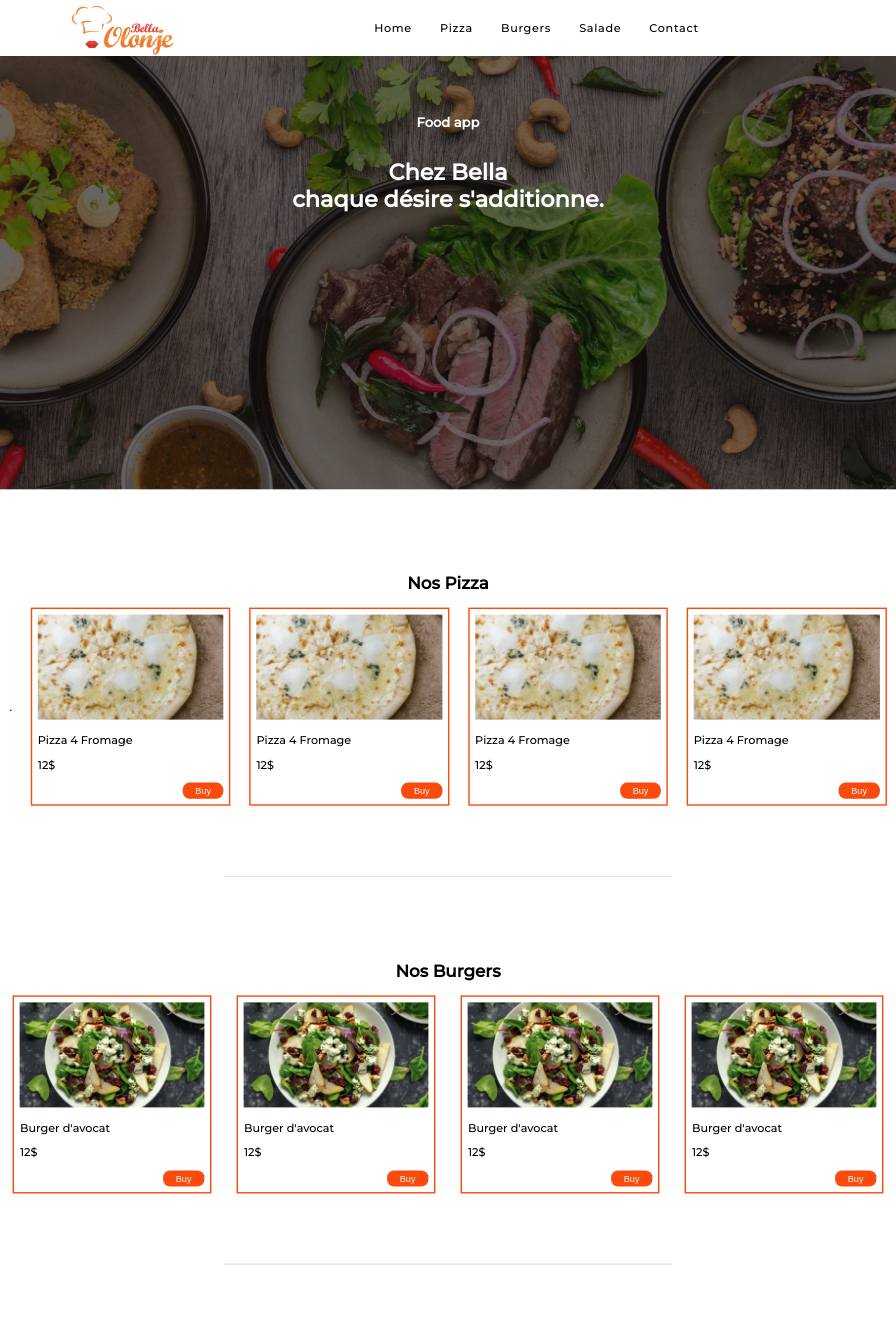
Repository: Ahlam-belhadj/bella-olange
Page: index.html
The author's editor kept a copy of each file at every save. The page is drawn from the files as they stood at one save, then again after the next save.
The browser window is 1280 px wide. The pictures show the part of the page from y = 0 to 1920 px (the page is 3238 px tall), at 70% of full size.

Above is the page before, as saved 2023-02-14 12:53:37.

### index.html
<!DOCTYPE html>
<html lang="en">

<head>
    <meta charset="UTF-8">
    <meta http-equiv="X-UA-Compatible" content="IE=edge">
    <meta name="viewport" content="width=device-width, initial-scale=1.0">
    <link rel="stylesheet" href="style.css">
    <title>Bella olanje</title>
</head>

<body>
    <header>
        <nav>
            <div class="logo"><img  class="logo" src="image/logo_bella_olonje.png" alt="logo"></div>
             <ul>
                <li><a href="#" class="nav-link">Home</a></li>
                <li><a href="#" class="nav-link">Pizza</a></li>
                <li><a href="#" class="nav-link">Burgers</a></li>
                <li><a href="#" class="nav-link">Salade</a></li>
                <li><a href="#" class="nav-link">Contact</a></li>

            </ul>
            <div class="icon_navbar">
                <label for="click" class="menu-btn">
                  <i class="fas fa-bars"></i>
                </label>
            </div>
          </nav>

        <div class="title">
            <div class="texte">
                <h3>Food app</h3>
                <h1>Chez Bella <br>
                    chaque désire s'additionne.</h1>
            </div>
        </div>
    </header>
    <main>
        <h2 id="pizza" >Nos Pizza</h2>
        <div class="container-card">
            .
            <div class="border">
                <div class="card-img">
                    <img class="pimg" src="image/fromage.png" alt="">
                </div>
                <div class="card-text">
                    <p>
                        Pizza 4 Fromage
                    </p>
                </div>
                <div class="prix">
                    <p>
                        12$
                    </p>
                </div>
                <div class="button1">
                    <a href="index2.html"><button class="button" type="button">Buy</button></a>
                </div>
            </div>
            <div class="border">
                <div class="card-img">
                    <img  class="pimg" src="image/fromage.png" alt="">
                </div>
                <div class="card-text">
                    <p>
                        Pizza 4 Fromage
                    </p>
                </div>
                <div class="prix">
                    <p>
                        12$
                    </p>
                </div>
                <div class="button1">
                    <a href="index2.html"><button class="button" type="button">Buy</button></a>
                </div>
            </div>
            <div class="border">
                <div class="card-img">
                    <img class="pimg" src="image/fromage.png" alt="">
                </div>
                <div class="card-text">
                    <p>
                        Pizza 4 Fromage
                    </p>
                </div>
                <div class="prix">
                    <p>
                        12$
                    </p>
                </div>
                <div class="button1">
                    <a href="index2.html"><button class="button" type="button">Buy</button></a>
                </div>
            </div>
            <div class="border">
                <div class="card-img">
                    <img class="pimg"src="image/fromage.png" alt="">
                </div>
                <div class="card-text">
                    <p>
                        Pizza 4 Fromage
                    </p>
                </div>
                <div class="prix">
                    <p>
                        12$
                    </p>
                </div>
                <div class="button1">
                    <a href="index2.html"><button class="button" type="button">Buy</button></a>
                </div>
            </div>
        </div>
        <hr id="burgers">
        <h2>Nos Burgers</h2>
        <div class="container-card">
            <div class="border">
                <div class="card-img">
                    <img class="pimg" src="image/salade.png" alt="">
                </div>
                <div class="card-text">
                    <p>
                        Burger d'avocat
                    </p>
                </div>
                <div class="prix">
                    <p>
                        12$
                    </p>
                </div>
                <div class="button1">
                    <a href="index2.html"><button class="button" type="button">Buy</button></a>
                </div>
            </div>
            <div class="border">
                <div class="card-img">
                    <img class="pimg"  src="image/salade.png" alt="">
                </div>
                <div class="card-text">
                    <p>
                        Burger d'avocat
                    </p>
                </div>
                <div class="prix">
                    <p>
                        12$
                    </p>
                </div>
                <div class="button1">
                    <a href="index2.html"><button class="button" type="button">Buy</button></a>
                </div>
            </div>
            <div class="border">
                <div class="card-img">
                    <img class="pimg" src="image/salade.png" alt="">
                </div>
                <div class="card-text">
                    <p>
                        Burger d'avocat
                    </p>
                </div>
                <div class="prix">
                    <p>
                        12$
                    </p>
                </div>
                <div class="button1">
                    <a href="index2.html"><button class="button" type="button">Buy</button></a>
                </div>
            </div>
            <div class="border">
                <div class="card-img">
                    <img class="pimg" src="image/salade.png" alt="">
                </div>
                <div class="card-text">
                    <p>
                        Burger d'avocat
                    </p>
                </div>
                <div class="prix">
                    <p>
                        12$
                    </p>
                </div>
                <div class="button1">
                    <a href="index2.html"><button class="button" type="button">Buy</button></a>
                </div>
            </div>
        </div>
        <hr id="salade">
        <h2>Nos Salade</h2>
        <div class="container-card">
            <div class="border">
                <div class="card-img">
                    <img class="pimg" src="image/burger.png" alt="">
                </div>
                <div class="card-text">
                    <p>
                        Burger d'avocat
                    </p>
                </div>
                <div class="prix">
                    <p>
                        12$
                    </p>
                </div>
                <div class="button1">
                    <a href="index2.html"><button class="button" type="button">Buy</button></a>
                </div>
            </div>
            <div class="border">
                <div class="card-img">
                    <img class="pimg" src="image/burger.png" alt="">
                </div>
                <div class="card-text">
                    <p>
                        Burger d'avocat
                    </p>
                </div>
                <div class="prix">
                    <p>
                        12$
                    </p>
                </div>
                <div class="button1">
                    <a href="index2.html"><button class="button" type="button">Buy</button></a>
                </div>
            </div>
            <div class="border">
                <div class="card-img">
                    <img class="pimg" src="image/burger.png" alt="">
                </div>
                <div class="card-text">
                    <p>
                        Burger d'avocat
                    </p>
                </div>
                <div class="prix">
                    <p>
                        12$
                    </p>
                </div>
                <div class="button1">
                    <a href="index2.html"><button class="button" type="button">Buy</button></a>
                </div>
            </div>
            <div class="border">
                <div class="card-img">
                    <img class="pimg" src="image/burger.png" alt="">
                </div>
                <div class="card-text">
                    <p>
                        Burger d'avocat
                    </p>
                </div>
                <div class="prix">
                    <p>
                        12$
                    </p>
                </div>
                <div class="button1">
                    <a href="index2.html"><button class="button" type="button">Buy</button></a>
                </div>
            </div>
        </div>


        <strong>
            Problem solved
        </strong>


        <p class="texte3">After so many iterations and research covered, through my designs i was able to help <br> customers get
            acquainted
            with the app and order as fast as they can while enjoying the <br>
            process as they doing it.</p>



        <div class="title1">
            <div class="texte">
                <h2>Bonne appétit</h2>
            </div>
        </div>

        <footer class="footer">
            <img class="footer_logo" src="image/logo_bella_olonje.png" alt="logo">
            <div class="social">
                <img src="image/ant-design_twitter-outlined.png" alt="panier">
                <img src="image/ant-design_facebook-filled.png" alt="facebook">
                <img src="image/instagram.png" alt="insta">
            </div>
            <p class="copy">Copyright 2020 BienManger.com</p>
        </footer>
    </main>

</body>

</html>

### style.css
@import url('https://fonts.googleapis.com/css2?family=Montserrat:wght@100;200;500&display=swap');

body {
    font-family: Montserrat, sans-serif;
    margin: auto;
}


.logo {
    height: 80px;
}

nav {
    display: flex;
    height: 80px;
    /* width: 100%; */
    background: white;
    align-items: center;
    justify-content: space-between;
    padding: 0 50px 0 100px;
    flex-wrap: wrap;
  }

  nav .logo {
    color: #fff;
    font-size: 20px;
    text-transform: uppercase;
    text-decoration: none;
  }

  nav a {
    color: #fff;
    text-decoration: none;
  }

  nav ul {
    display: flex;
    flex-wrap: wrap;
    list-style: none;

  }

  nav ul li {
    margin: 0 5px;
  }

  nav ul li a {
    color: black;
    text-decoration: none;
    font-size: 16px;
    font-weight: 500;
    padding: 8px 15px;
    border-radius: 5px;
    letter-spacing: 1px;
    transition: all 0.3s ease;
  }

  nav .icon_navbar {
    display: flex;
  }



  nav .menu-btn i {
    color: #050505;
    font-size: 22px;
    cursor: pointer;

  }

  input[type="checkbox"] {
    display: none;
  }

  @media (max-width: 1000px) {
    nav {
      padding: 0 40px 0 50px;
    }

    nav .logo {
      color: #fff;
      font-size: 16px;
      text-transform: uppercase;
    }
  }

  @media (max-width: 1250px) {
    nav .menu-btn i {
      display: block;
    }

    #click:checked~.menu-btn i:before {
      content: "\f00d";
    }

    nav ul {
      position: fixed;
      top: 80px;
      right: -100%;
      background: #C81100;
      height: 100vh;
      width: 60%;
      text-align: center;
      display: block;
      transition: all 0.3s ease;
    }

    #click:checked~ul {
      right: 0;
    }

    nav ul li {
      width: 100%;
      margin: 40px 0;
    }

    nav ul li a {
      width: 100%;
      display: block;
      font-size: 20px;
      transition: 0.6s cubic-bezier(0.68, -0.55, 0.265, 1.55);
    }

    #click:checked~ul li a {
      margin-left: 0px;
    }

    nav ul li a.active,
    nav ul li a:hover {
      background: none;
      color: #1E1E1E;
    }
  }

.title {
  background-image: url(image/Rectangle\ 48.png);
  height: 619px;
  background-repeat: no-repeat;
  background-position: center;
  background-size: cover;



}

.texte{
    color: white;
    display: flex;
    align-items: center;
    justify-content: center;
    flex-direction: column;
    text-align: center;
    height: 50%;
}

h2{
    text-align:center;
    padding-top: 100px;
}

.container-card{
    display: flex;
    flex-direction: row;
    justify-content: space-around;
    align-items: center;
    margin-bottom: 100px;

}

.border{
    border: 2px solid #fa4a0c;
    padding: 8px;

}

.pimg {
  height: 150px;
}

.button {
    border: 0;
    line-height: 1.8;
    padding: 0 18px;
    font-size: 13px;
    text-align: center;
    color: #fff;
    border-radius: 10px;
    background-color:#FA4A0C;

}


.button1{
    display: flex;
    justify-content: end;

}

.imgf{
    height: 619px;
}

.title1 {
    background-image: url(image/Rectangle\ 47.png);
    height: 516px;
    background-repeat: no-repeat;
    background-position: center;
    background-size: cover;



}

p.texte3 {

    margin-bottom: 100px;
    padding-left: 40px;
}

.footer {
    padding: 0 115px 54px 115px;
    display: flex;
    flex-direction: row;
    justify-content: space-between;
}

.footer_logo {
    padding-top: 17px;
    height: 90px;
}

.social {
    padding-top: 66px;
}

.copy {
    padding-top: 74px;
    font-family: Montserrat;
    font-style: normal;
    font-weight: 700;
    font-size: 12px;
    line-height: 18px;
    letter-spacing: 0.2px;
}


hr {
    width: 50%;
    height: 2px;
    background-color:#E4E4E4;
    border: none;
}

strong {
    padding-left: 40px;

}



@media (max-width:700px) {

    .container-card{
        flex-direction: column;
    }

    .border {
        margin: 20px;
    }


    .footer{
        padding: 0;
        display: flex;
        flex-direction: column;
    }


    .footer_logo{
        width: 150px;

       padding-left: 150px;
       margin-bottom: 0x;
    }
    .social {
        display: flex;
        justify-content: center;
    }

    .nav-menu {
        width: 105%;
    }

    .copy{
        text-align: center;
    }


}

@media screen and (min-width:701px) and (max-width:1199px) {

  .container-card{
    flex-direction: column;
}

.border {
    margin: 20px;
}


.footer{
    padding: 0;
    display: flex;
    flex-direction: column;
}


.footer_logo{
    width: 150px;
    padding-left: 450px;
   margin-bottom: 0x;
}
.social {
    display: flex;
    justify-content: center;
}

.nav-menu {
    width: 105%;
}

.copy{
    text-align: center;
}


}

After the next save:
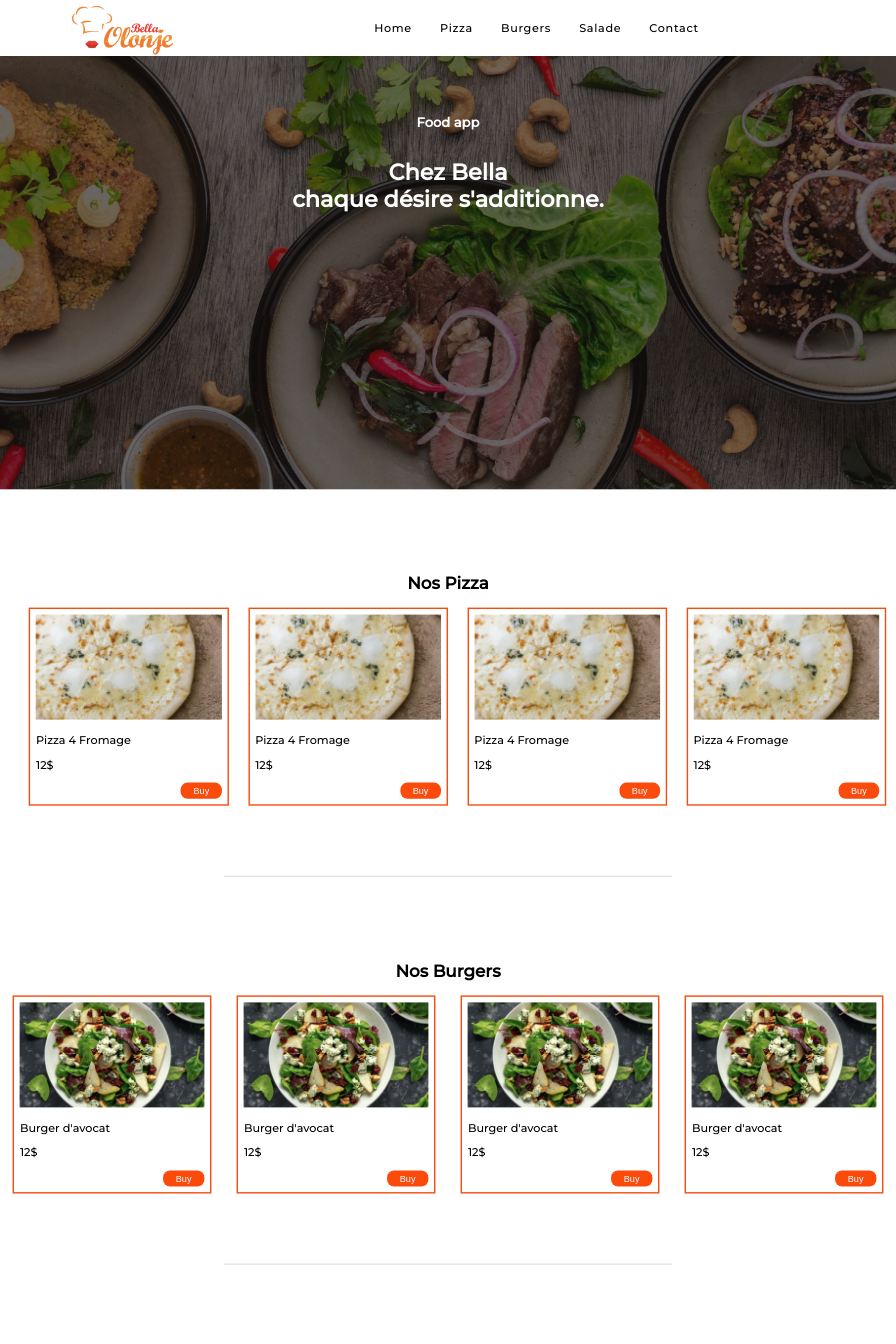
Saved 4 s later.
--- a/index.html
+++ b/index.html
@@ -39,7 +39,9 @@
     <main>
         <h2 id="pizza" >Nos Pizza</h2>
         <div class="container-card">
-            .
+            <div class="b-wrap">
+
+            </div>
             <div class="border">
                 <div class="card-img">
                     <img class="pimg" src="image/fromage.png" alt="">
